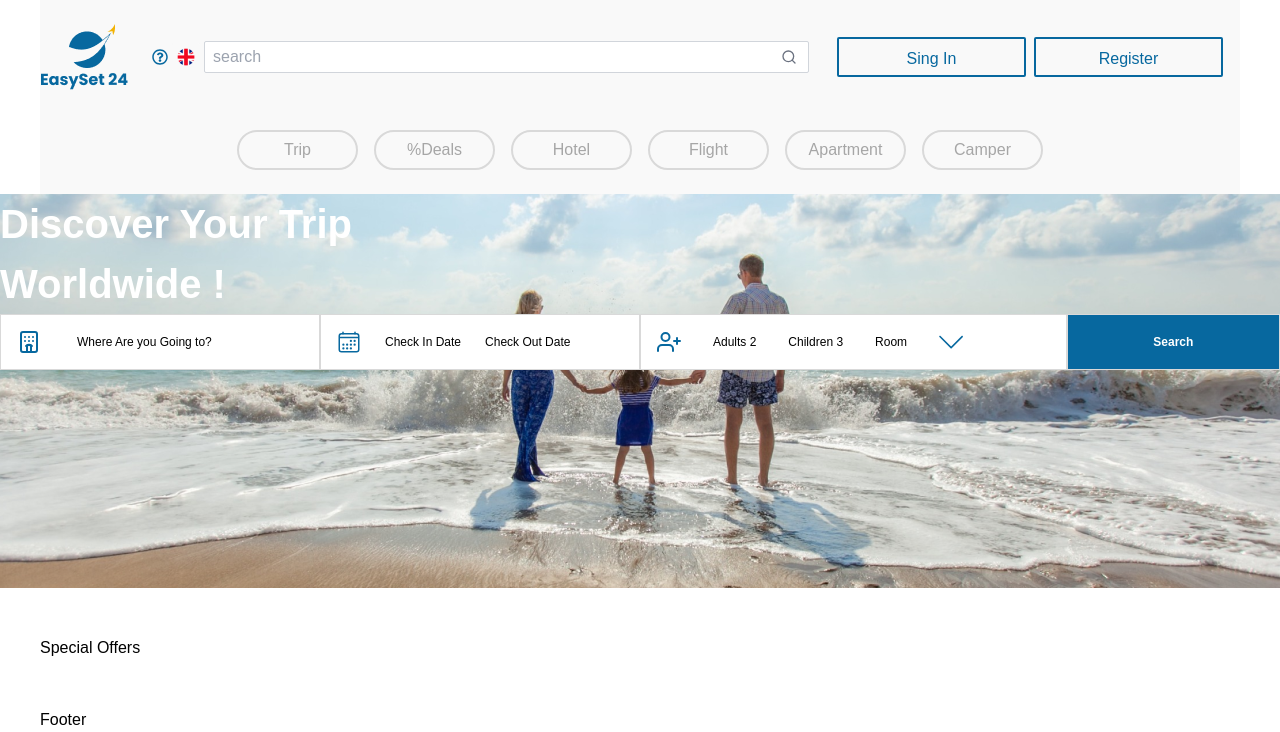
Repository: Quynhhuong150322/DIKO_STUDY_TRAVEL_WEB
Page: /
These files come from the project's save history. The page is drawn as it stood at one moment and after the next save; the edit follows.
The browser window is 1280 px wide. The pictures show the whole page.
The project was rebuilt for these pictures with package versions that can differ from the ones it lists, and the page was loaded fresh each time. Also part of the build but not shown: src/components/Login.js, src/components/Register.js. Imported but missing from the stored project, and not drawn on this page: src/redux/slices/authSlice.

Above is the page before, as saved 2024-02-23 09:39:50.

### src/index.css
@tailwind base;
@tailwind components;
@tailwind utilities;

@import url("https://fonts.googleapis.com/css2?family=Poppins:wght@100;300;400;500;600&display=swap");

@layer base {
  html {
    font-family: "Poppins", sans-serif;
  }
  * {
    margin: 0;
    padding: 0;
    box-sizing: border-box;
    scroll-behavior: smooth;
    /* background-color: #F9F9F9; */
  }
}

@layer components {
  .max-container {
    max-width: 1260px;
    /* min-height: 100vh; */
    margin: 0 auto;
    padding: 0 30px;
    /* display: flex; */
    /* flex-direction: column; */
    justify-content: space-between;
  }
  .button {
    width: 189px;
    height: 40px;
    border-style: solid;
    border-width: 2px;
    border-color: #07689F;
    color: #07689F;
  }
  .tabMenu {
    width: 121px;
    height: 40px;
    color: #D9D9D9;
    border-style: solid;
    border-width: 2px;
    border-color: #D9D9D9;
    color: #D9D9D9;
    border-radius: 9999px;
  }
  .tabSearch {
    /* max-width: 1190px; */
    height: 56px;
    border-style: solid;
    border-width: 1px;
    border-color: #D9D9D9;
    padding: 0 16px;
    font-size: 12px;
  }

}

### src/App.js
import React from "react";
import Navbar from "./components/Navbar";
import Footer from "./components/Footer";
import AppRoutes from "./routes/AppRoutes";
import { BrowserRouter as Router } from "react-router-dom";

const App = () => {
  return (
    <Router>
      <div className="">
        <div className="max-container">
          <Navbar />
        </div>
        <div>
          <AppRoutes />
        </div>
        <div className="max-container">
          <Footer />
        </div>
      </div>
    </Router>
  );
};

export default App;

### src/redux/store.js
import { configureStore } from "@reduxjs/toolkit";
import authReducer from "./slices/authSlice";

export const store = configureStore({
  reducer: {
    users: authReducer,
  },
});

### src/components/Navbar.js
import React from 'react'
import Logo from '../assets/images/Header/Logo.png'
import EL from '../assets/images/Header/England.png'
import { FaRegQuestionCircle } from "react-icons/fa";
import { LuSearch } from "react-icons/lu";

const MenuData = [
    {
        id: 1,
        name: 'Trip',
    },
    {
        id: 2,
        name: '%Deals',
    },
    {
        id: 3,
        name: 'Hotel',
    },
    {
        id: 4,
        name: 'Flight',
    },
    {
        id: 5,
        name: 'Apartment',
    },
    {
        id: 6,
        name: 'Camper',
    },
]

const Navbar = () => {
    return (
        <div className='bg-neutral py-[24px]'>
            <div className="flex flex-col gap-10">
                {/* Header Section  */}
                <div className='flex gap-2 items-center'>
                    <img src={Logo} alt="" />
                    <div className='flex gap-7 items-center'>
                        <div className="flex gap-1 items-center">
                            <FaRegQuestionCircle className='text-primary' />
                            <img src={EL} alt="" className='w-7 h-7' />
                            {/* Search  */}
                            <div className="relative flex items-center">
                                <input
                                    type="text"
                                    placeholder="search"
                                    className="w-[605px] h-[32px] rounded-sm border border-gray-300 px-2 py-1 focus:outline-none focus:border-1 focus:border-primary"
                                />
                                <LuSearch className="text-gray-500 group-hover:text-primary absolute top-1/2 -translate-y-1/2 right-3 cursor-pointer" />
                            </div>
                        </div>
                        <div className='flex gap-2 items-center'>
                            <button className='button border-primary bg-neutral hover:scale-105 py-2 px-4 rounded-sm'>
                                Sing In
                            </button>
                            <button className='button border-primary bg-neutral hover:scale-105 py-2 px-4 rounded-sm'>
                                Register
                            </button>
                        </div>
                    </div>
                    <div>
                    </div>
                </div>
                {/* Upper Nav  */}
                <div className=''>
                    <div className=' '>
                        <ul className='flex justify-center gap-4'>
                            {
                                MenuData.map((data) => (
                                    <button key={data.id} className='text-pri tabMenu focus:bg-primary focus:text-white focus:font-bold focus:border-primary inline-block hover:text-primary' >
                                        {data.name}
                                    </button>
                                ))
                            }
                        </ul>
                    </div>
                </div>
            </div>
        </div>
    )
}

export default Navbar

### src/routes/AppRoutes.js
import React from "react";
import { Switch, Route } from "react-router-dom";
import Login from "../components/Login";
import Register from "../components/Register";
import Langding from "../pages/LangdingPage/Langding";
const AppRoutes = () => {
  return (
    <div>
      <Switch>
        <Route path="/login">
          <Login />
        </Route>
        <Route path="/register">
          <Register />
        </Route>
        <Route path="/" exact>
          <Langding />
        </Route>
        <Route path="*">
          <div className="">404 not Error...</div>
        </Route>
      </Switch>
    </div>
  );
};

export default AppRoutes;

### src/pages/LangdingPage/Langding.js
import React from 'react'
import Picture from '../../assets/images/LangdingPage/Picture.png'
import { LuHotel } from "react-icons/lu";
import { IoCalendarOutline } from "react-icons/io5";
import { SlArrowDown } from "react-icons/sl";
import { FiUserPlus } from "react-icons/fi";

const BannerImg = {
  backgroundImage: `url(${Picture})`,
  backgroundPosition: "center",
  backgroundRepeat: "no-repeat",
  backgroundSize: "cover",
  height: "394px",
  width: "100%",
};


const Langding = () => {
  return (
    <div >
      {/* Discover Trip  */}
      <div className=' background ' style={BannerImg}>
        <div className=' '>
          <h1 className='text-3xl w-1/3 font-bold text-white bg-opacity-0'>
            Discover Your Trip Worldwide !
          </h1>
          <div class="flex flex-row  bg-white">
            <div class="basis-1/4 tabSearch flex gap-9 items-center">
              <LuHotel className='text-primary' size={24} />
              <p className=''>
                Where Are you Going to?
              </p>
            </div>
            <div class="basis-1/4 tabSearch flex gap-6 items-center">
              <IoCalendarOutline size={24} className='text-primary' />
              <p className=''>
                Check In Date
              </p>
              <p className=''>
                Check Out Date
              </p>
            </div>
            <div class="basis-1/3 tabSearch flex gap-8 items-center">
              <FiUserPlus size={24} className='text-primary' />
              <p className=''>
                Adults 2
              </p>
              <p className=''>
                Children 3
              </p>
              <p className=''>
                Room
              </p>
              <SlArrowDown size={24} className='text-primary' />
            </div>
            <div class="basis-1/6  tabSearch bg-primary flex justify-center items-center">
              <p className='font-bold text-white'>Search</p>
            </div>
          </div>
        </div>
      </div>
      {/* Special Offers */}
      <div className='max-container py-12'>
        <div className=''>
          <h2 className='text-'>Special Offers</h2>
        </div>
      </div>
    </div>
  )
}

export default Langding

### tailwind.config.js
/** @type {import('tailwindcss').Config} */
module.exports = {
  content: ["./src/**/*.{js,jsx,ts,tsx}"],
  theme: {
    extend: {
      colors: {
        primary: "#07689F",
        secondary: "#D9D9D9",
        neutral: "#F9F9F9",
        pri: "#A6A6A6",
      },
      fontSize: {
        sm: '12px',
        base: '16px',
        xl: '20px',
        '2xl': '32px',
        '3xl': '40px',
        '4xl': '44px',
        // '5xl': '3.052rem',
      },
    },
  },
  plugins: [],
};

Loaded but not shown: public/index.html (common file); src/index.js (common file); src/reportWebVitals.js (common file); src/components/Footer.js (common file)

After the next save:
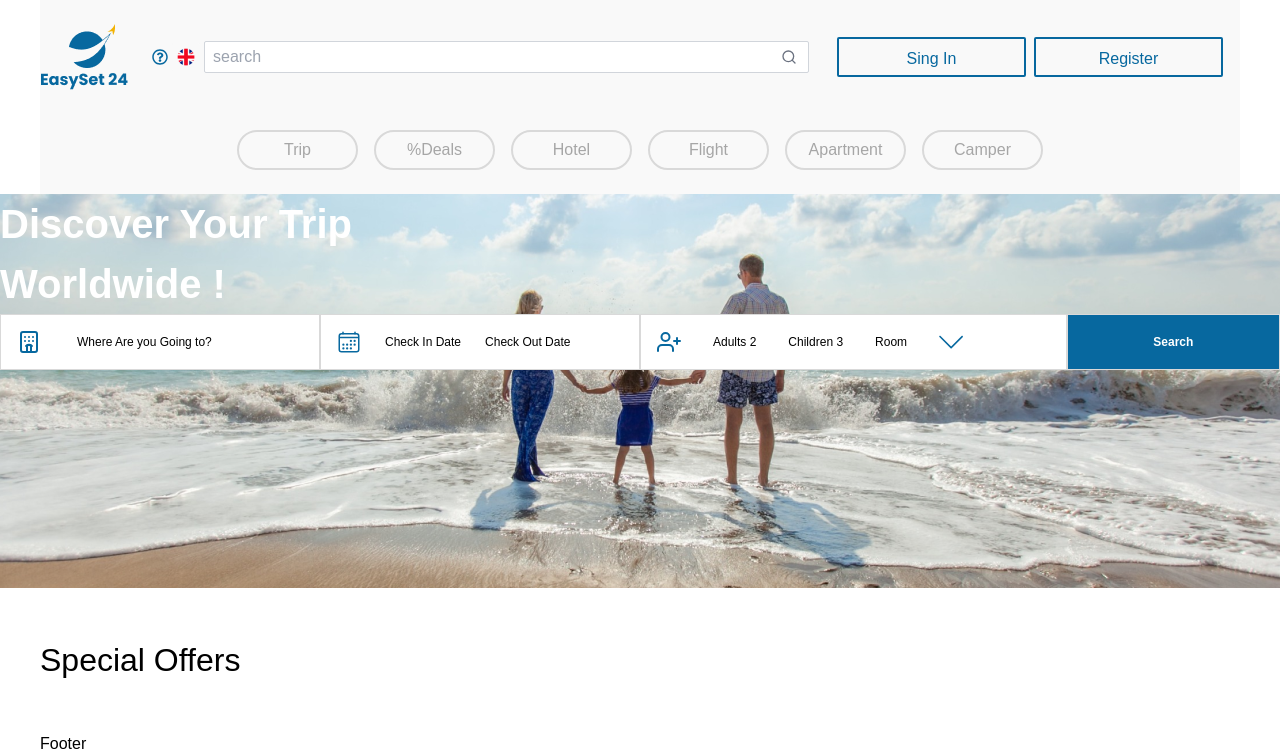
Saved 20 s later.
--- a/src/pages/LangdingPage/Langding.js
+++ b/src/pages/LangdingPage/Langding.js
@@ -62,7 +62,7 @@
       {/* Special Offers */}
       <div className='max-container py-12'>
         <div className=''>
-          <h2 className='text-'>Special Offers</h2>
+          <h2 className='text-2xl'>Special Offers</h2>
         </div>
       </div>
     </div>

After the 2 saves that followed:
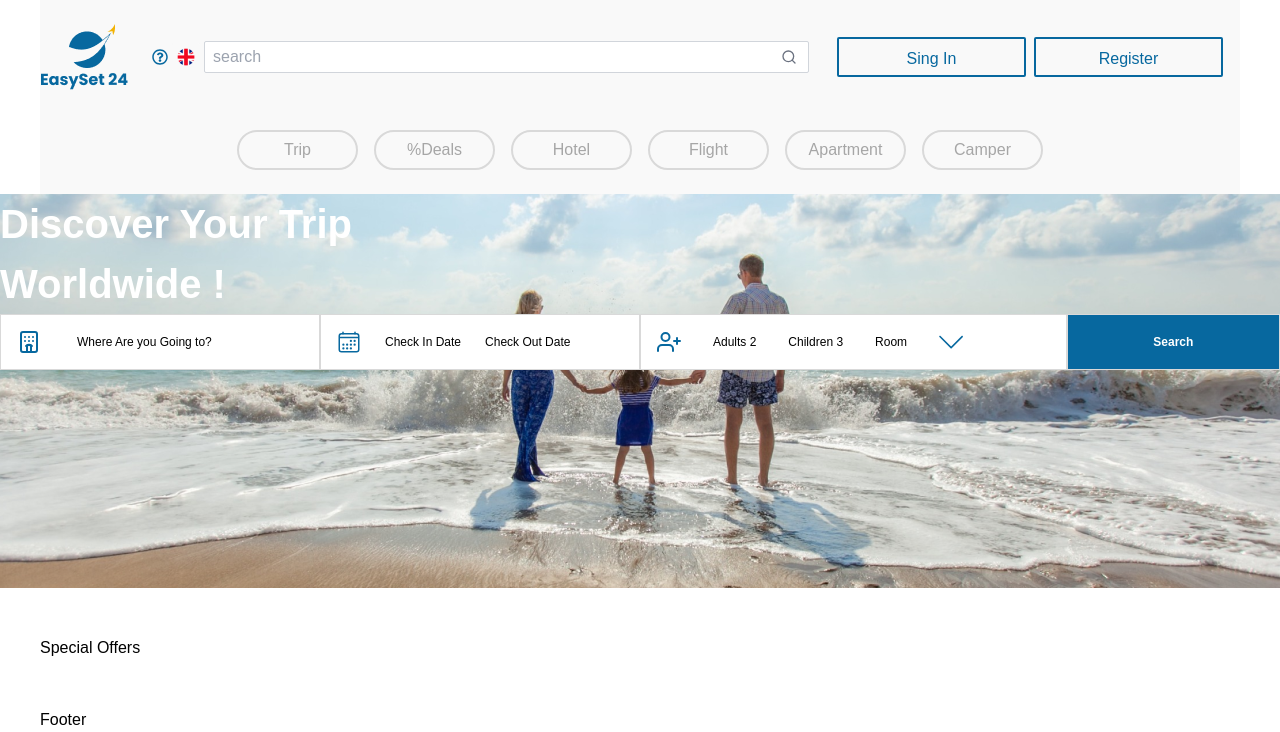
The 2 saves are shown as one change because 1 left the picture as it was.
The last was saved 2 min 13 s later.
--- a/src/index.css
+++ b/src/index.css
@@ -54,5 +54,8 @@
     padding: 0 16px;
     font-size: 12px;
   }
-
+  .text_h2 {
+    font-size: 32px;
+    font-style: bold;
+  }
 }
--- a/src/pages/LangdingPage/Langding.js
+++ b/src/pages/LangdingPage/Langding.js
@@ -62,7 +62,7 @@
       {/* Special Offers */}
       <div className='max-container py-12'>
         <div className=''>
-          <h2 className='text-2xl'>Special Offers</h2>
+          <h2 className='text-h2 '>Special Offers</h2>
         </div>
       </div>
     </div>
